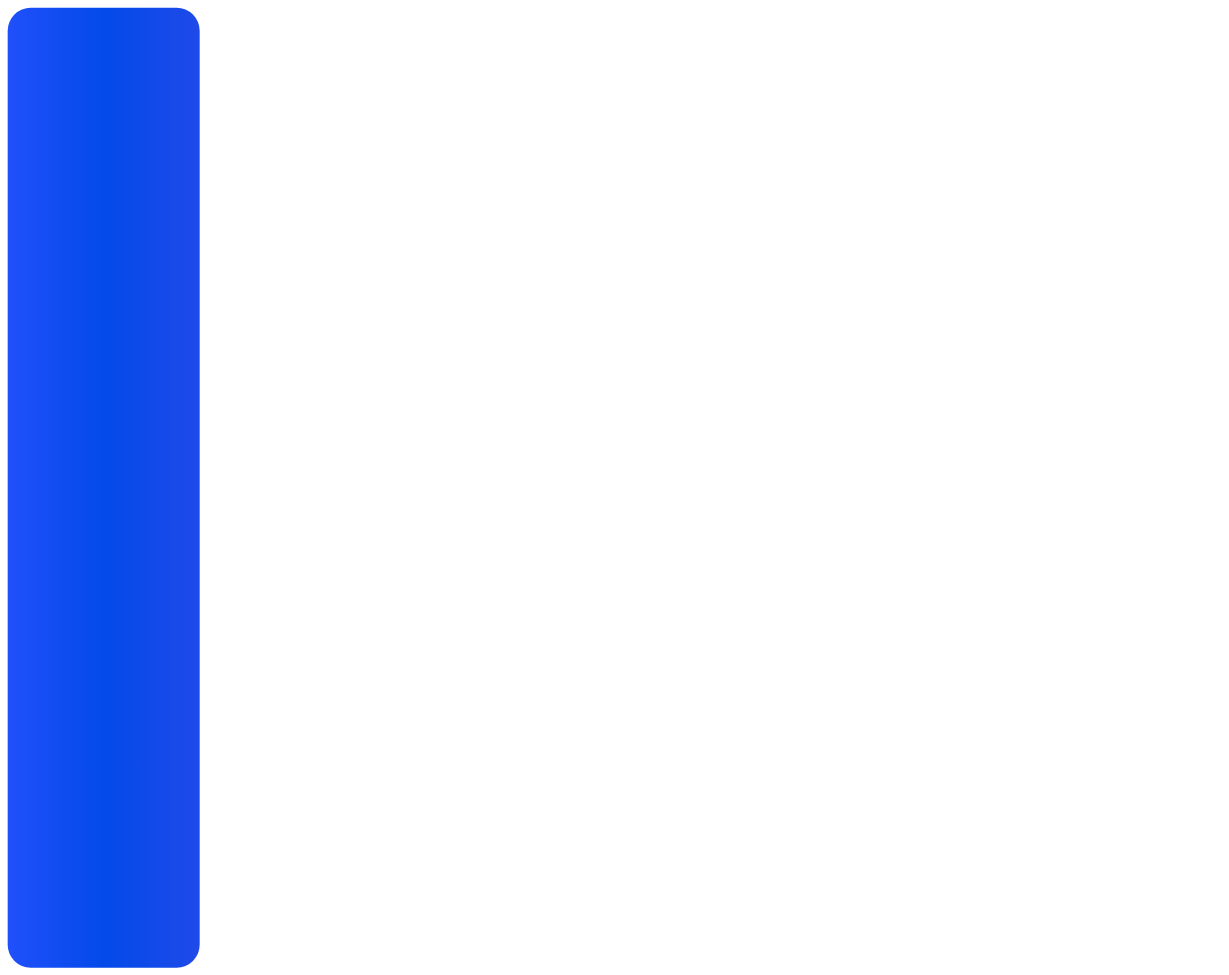
Repository: rafalzacher1/smartify-interface
Page: navigation.html
An editor plug-in stored every save of this project. The page is shown before and after a run of saves, followed by the edit.
The browser window is 1280 px wide. The pictures show the whole page, at 96% of full size.

Above is the page before, as saved 2022-06-30 02:08:42.

### navigation.html
<!DOCTYPE html>
<html lang="en">

<head>
    <link rel="stylesheet" href="./styles/navigation.css">
</head>

<body>
    <nav id="navigation-container">

    </nav>
</body>

</html>

### styles/navigation.css
#navigation-container {
  font-family: "Baloo Bhai";
  font-size: 26px;
  background: rgb(32, 80, 251);
  background: linear-gradient(
    90deg,
    rgba(32, 80, 251, 1) 0%,
    rgba(3, 74, 233, 1) 50%,
    rgba(30, 74, 233, 1) 100%
  );
  border-radius: 24px;
  width: 200px;
  height: 1000px;
}

After the next 3 saves:
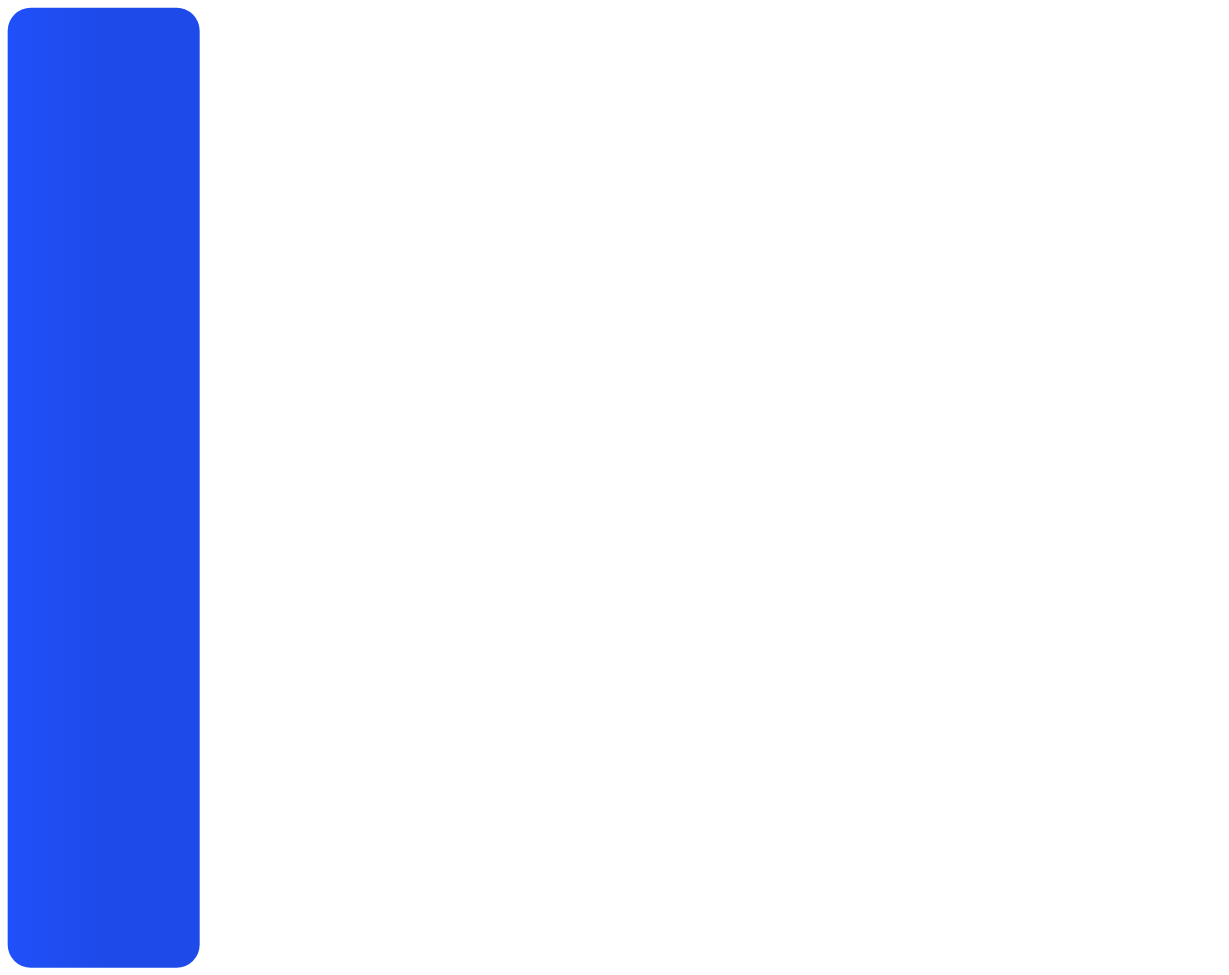
The 3 saves are shown as one change because they came seconds apart.
The last was saved 8 s later.
--- a/styles/navigation.css
+++ b/styles/navigation.css
@@ -5,7 +5,7 @@
   background: linear-gradient(
     90deg,
     rgba(32, 80, 251, 1) 0%,
-    rgba(3, 74, 233, 1) 50%,
+    rgba(30, 74, 233, 1) 50%,
     rgba(30, 74, 233, 1) 100%
   );
   border-radius: 24px;
